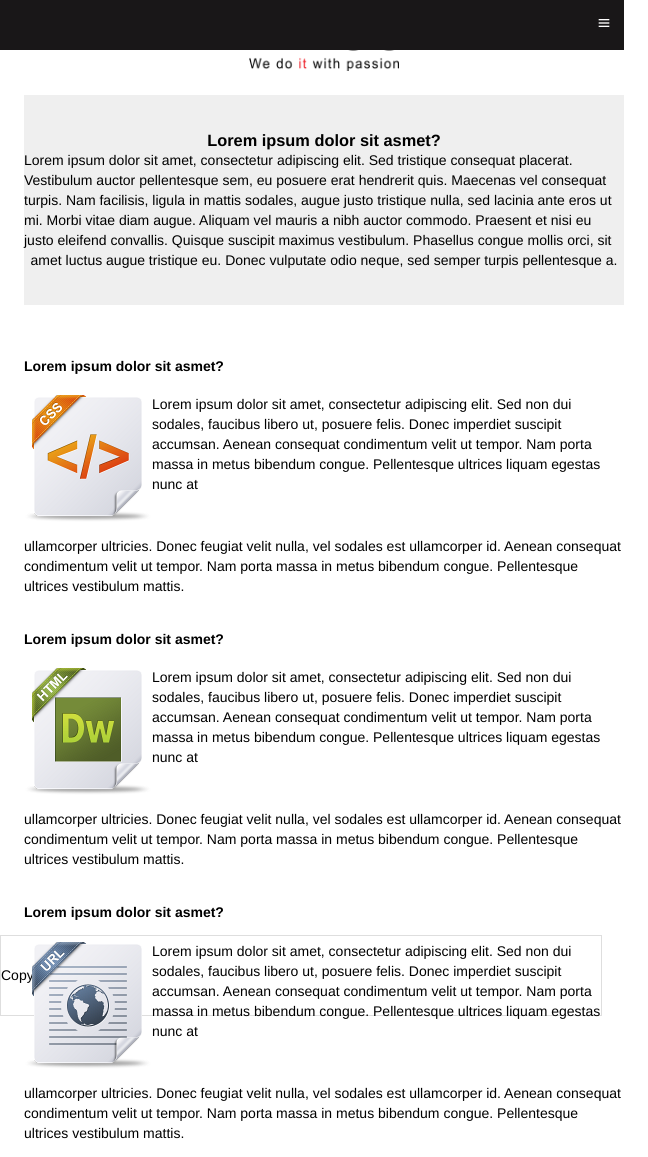
Repository: HoanTiny/ncc
Page: index.html
The author's editor kept a copy of each file at every save. The page is drawn from the files as they stood at one save, then again after the next save.
The browser window is 600 px wide. The page is 648 px wide, so the pictures cover 648 px, including what lies to the right of the window. The pictures show the whole page.

Above is the page before, as saved 2023-03-30 21:13:58.

After the next save:
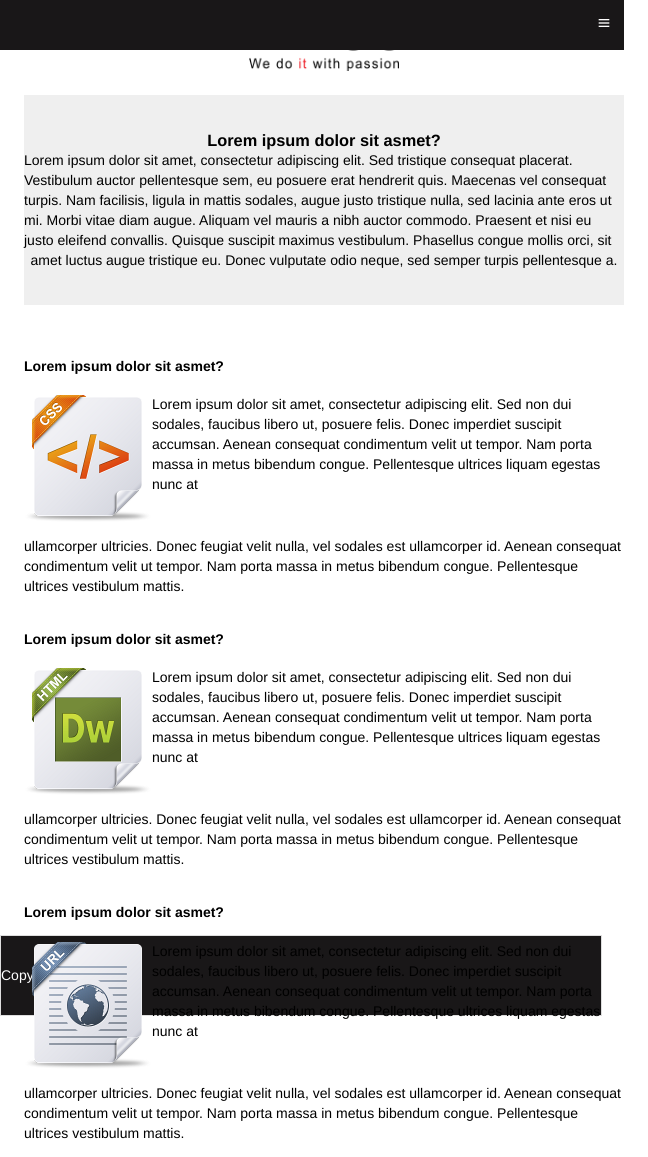
Saved 42 s later.
--- a/style.css
+++ b/style.css
@@ -172,6 +172,8 @@
 
     .footer {
         position: unset;
+        background-color: #191718;
+        color: #fff;
         /* bottom: 0;
         width: 100%;
         height: 79px;
